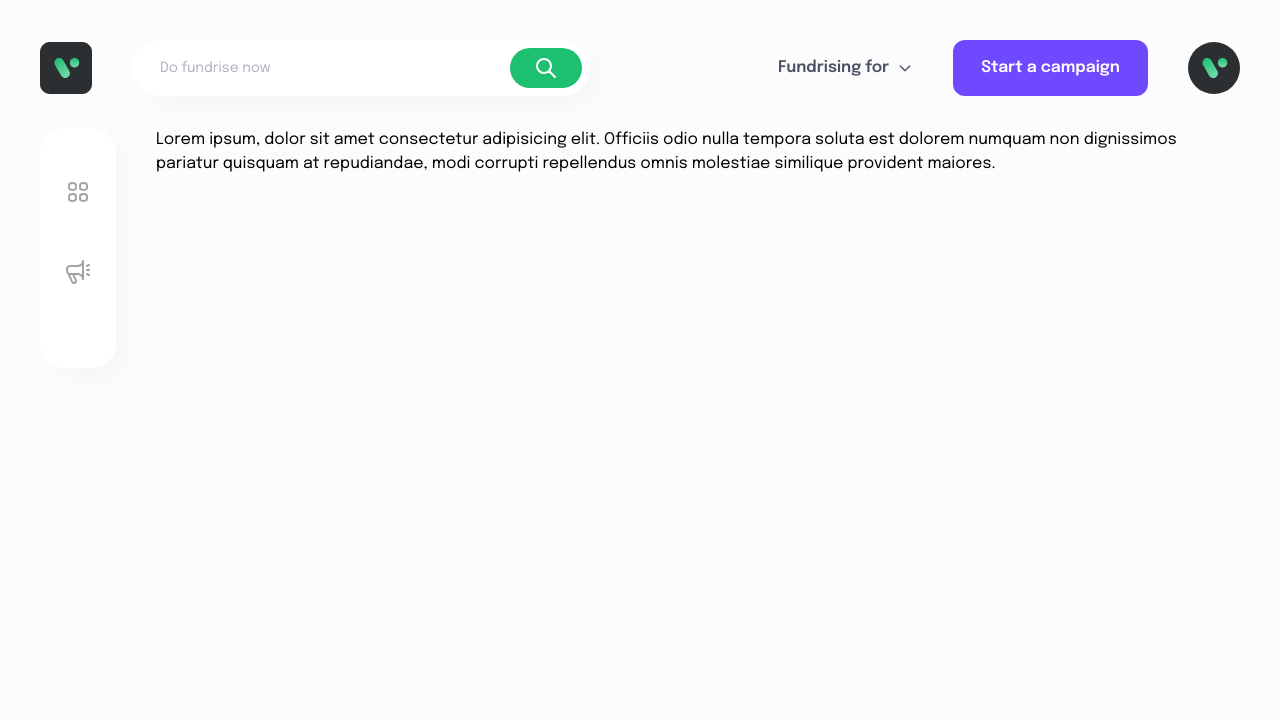
Repository: hoang0508/CrowFunding-APP
Page: /
An editor plug-in stored every save of this project. The page is shown before and after the next save, followed by the edit.
The browser window is 1280 px wide. The pictures show the whole page.
The project was rebuilt for these pictures with package versions that can differ from the ones it lists, and the page was loaded fresh each time. Also part of the build but not shown: src/components/icons/IconEyeToggle.js, src/components/icons/IconDarkmode.js, src/components/common/ErrorComponent.js, src/components/button/ButtonGoogle.js. Imported but missing from the stored project, and not drawn on this page: src/store/reducers.

Above is the page before, as saved 2022-07-21 10:05:27.

After the next save:
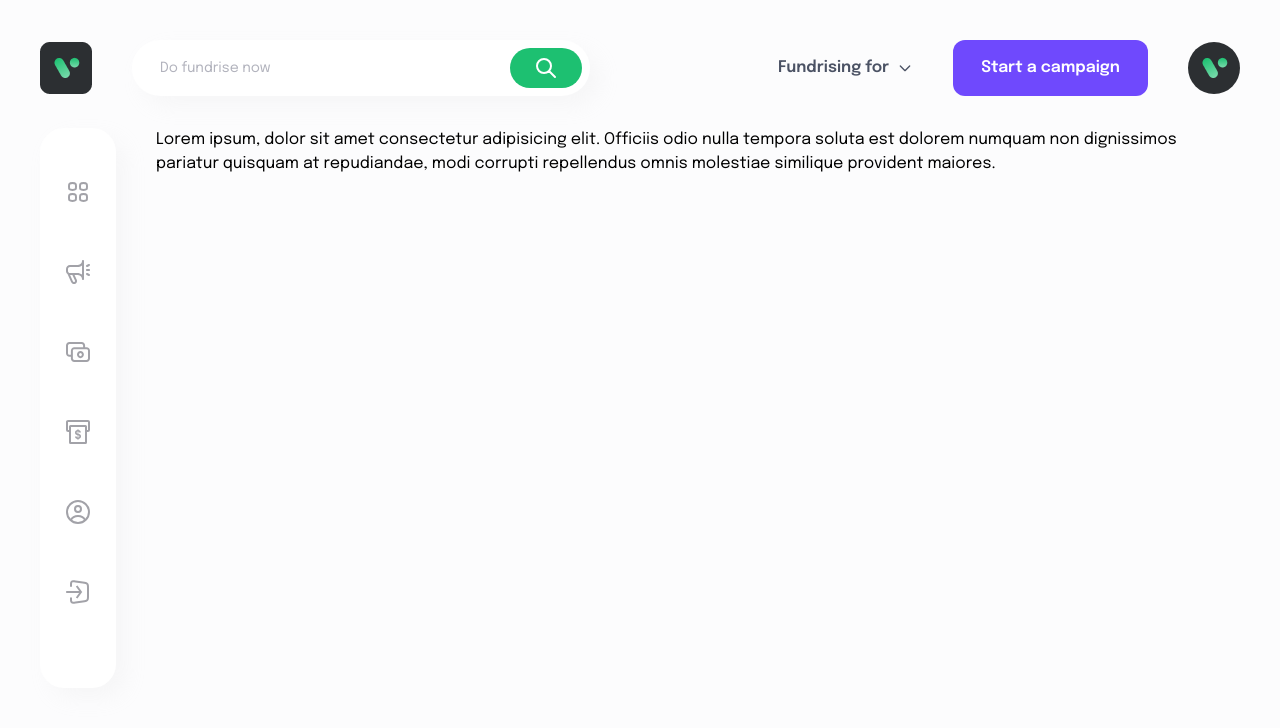
Saved 2 min 26 s later.
--- a/src/modules/dashboard/DashboardSidebar.js
+++ b/src/modules/dashboard/DashboardSidebar.js
@@ -1,4 +1,11 @@
-import { IconCampaign, IconDashboard } from "components/icons";
+import {
+  IconCampaign,
+  IconDashboard,
+  IconLogout,
+  IconPayment,
+  IconProfile,
+  IconWidthdraw,
+} from "components/icons";
 import React from "react";
 import { NavLink } from "react-router-dom";
 
@@ -12,6 +19,26 @@ const sidebarLinks = [
     icon: <IconCampaign></IconCampaign>,
     title: "Campaign",
     url: "/campaign",
+  },
+  {
+    icon: <IconPayment></IconPayment>,
+    title: "Payment",
+    url: "/payment",
+  },
+  {
+    icon: <IconWidthdraw></IconWidthdraw>,
+    title: "Withdraw",
+    url: "/withdraw",
+  },
+  {
+    icon: <IconProfile></IconProfile>,
+    title: "Profile",
+    url: "/profile",
+  },
+  {
+    icon: <IconLogout></IconLogout>,
+    title: "Logout",
+    url: "/logout",
   },
 ];
 
